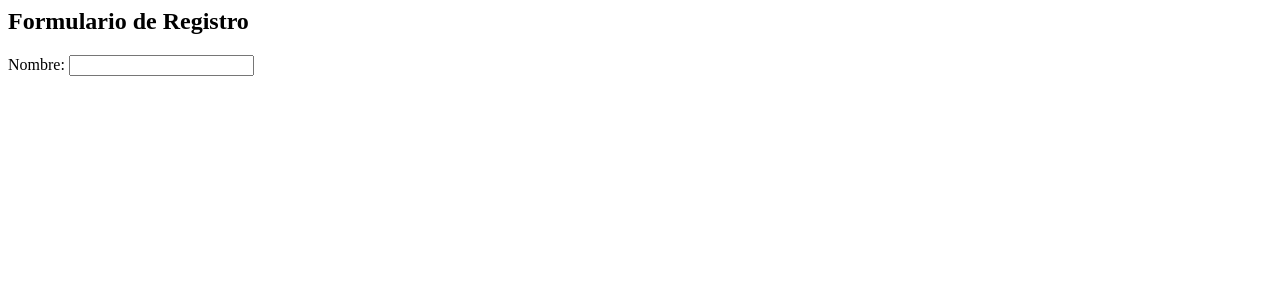
Repository: jchemile/varios
Page: pildoras_informaticas/javaee/Primeros_pasos_JSP/WebContent/Formulario-Registro.html
An editor plug-in stored every save of this project. The page is shown before and after the next save, followed by the edit.
The browser window is 1280 px wide. The pictures show the whole page.

Above is the page before, as saved 2020-04-19 22:30:35.

### pildoras_informaticas/javaee/Primeros_pasos_JSP/WebContent/Formulario-Registro.html
<html>
<body>

<h2>Formulario de Registro</h2>

<form action="Registro.jsp">

Nombre: <input type="text" name="nombre">


</form>

</body>
</html>

After the next save:
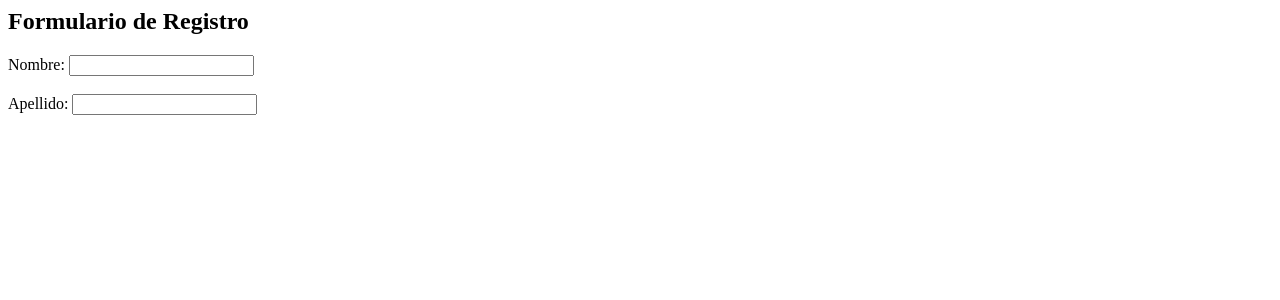
Saved 37 s later.
--- a/pildoras_informaticas/javaee/Primeros_pasos_JSP/WebContent/Formulario-Registro.html
+++ b/pildoras_informaticas/javaee/Primeros_pasos_JSP/WebContent/Formulario-Registro.html
@@ -5,8 +5,8 @@
 
 <form action="Registro.jsp">
 
-Nombre: <input type="text" name="nombre">
-
+Nombre: <input type="text" name="nombre"> <br><br>
+Apellido: <input type="text" name="apellido"> <br><br>
 
 </form>
 
